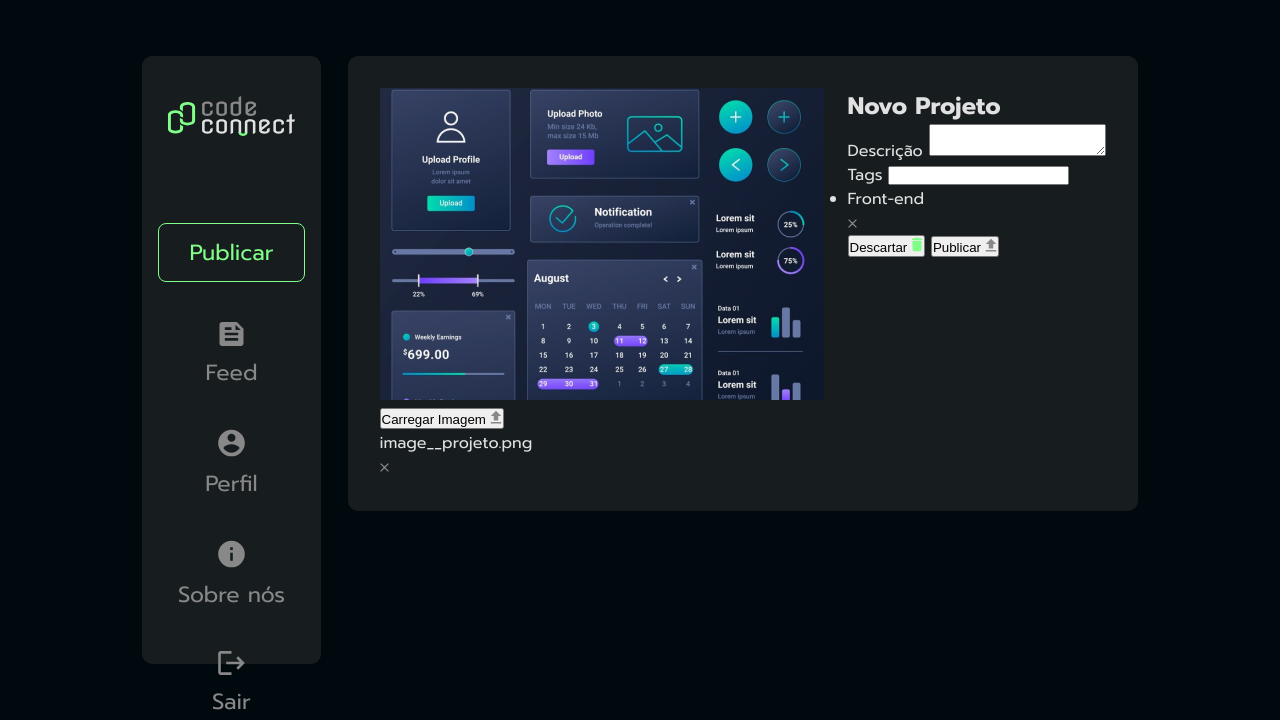
Repository: joaoPraiaJunior/async_await
Page: index.html
The author's editor kept a copy of each file at every save. The page is drawn from the files as they stood at one save, then again after the next save.
The browser window is 1280 px wide. The pictures show the whole page.

Above is the page before, as saved 2024-08-24 19:14:48.

### index.html
<!DOCTYPE html>
<html lang="pt-BR" dir="ltr">

<head>
    <meta charset="UTF-8">
    <meta name="viewport" content="width=device-width, initial-scale=1.0">
    <meta name="description" content="Projeto Async Await">
    <link rel="preconnect" href="https://fonts.googleapis.com">
    <link rel="preconnect" href="https://fonts.gstatic.com" crossorigin>
    <link href="https://fonts.googleapis.com/css2?family=Prompt:ital,wght@0,100;0,200;0,300;0,400;0,500;0,600;0,700;0,800;0,900;1,100;1,200;1,300;1,400;1,500;1,600;1,700;1,800;1,900&display=swap" rel="stylesheet">
    <link rel="stylesheet" href="./css/styles.css">
    <title>CodeConnect</title>
</head>

<body>

    <aside class="l-lateral">
        <figure><img src="./img/Logo.svg" alt="Logo do codeconnect"></figure>
        <nav class="c-menu">
            <ul class="c-menu__lista">
                <li class="c-menu__item"><a href="#" class="c-menu__link">Publicar</a></li>
                <li class="c-menu__item"><a href="#" class="c-menu__link"><img src="./img/feed.svg" aria-hidden="true" alt>Feed</a></li>
                <li class="c-menu__item"><a href="#" class="c-menu__link"><img src="./img/account_circle.svg" aria-hidden="true" alt>Perfil</a></li>
                <li class="c-menu__item"><a href="#" class="c-menu__link"><img src="./img/info.svg" aria-hidden="true" alt>Sobre nós</a></li>
                <li class="c-menu__item"><a href="#" class="c-menu__link"><img src="./img/logout.svg" aria-hidden="true" alt>Sair</a></li>
            </ul>
        </nav>
    </aside>

    <main class="l-principal">
        <div class="c-upload-imagem">
            <div class="c-upload-imagem__container">
                <figure class="c-upload-imagem__publicacao">
                    <img src="./img/imagem1.png" alt>
                </figure>
            </div>
            <button class="c-upload-imagem__botao" aria-label="carregar imagem">Carregar Imagem <img src="./img/upload.svg" aria-hidden="true" alt></button>
            <div class="c-upload-imagem__descricao">
                <p>image__projeto.png</p>
                <img src="./img/close.svg" aria-hidden="true" alt>
            </div>
        </div>

        <div class="c-formulario">
            <h2 class="c-formulario__titulo">Novo Projeto</h2>
            <form class="c-formulario__acoes">
                <div class="c-formulario__grupo">
                    <label for="Descricao">Descrição</label>
                    <textarea name="descricao" id="descricao">
                    </textarea>
                </div>

                <div class="c-formulario__grupo">
                    <label for="Tags">Tags</label>
                    <input type="text" name="tags" id="tags">
                </div>

                <ul class="c-formulario__lista-tags">
                    <li>
                        <p>Front-end</p>
                        <img src="./img/close.svg" alt>
                    </li>
                </ul>

                <div class="c-formulario__grupo">
                    <button class="c-formulario__botao">Descartar <img src="./img/trash.svg" aria-hidden="true" alt></button>
                    <button class="c-formulario__botao">Publicar <img src="./img/upload.svg" aria-hidden="true" alt></button>
                </div>
            </form>
        </div>
    </main>

    <script src="./js/scripts.js"></script>
</body>

</html>

### css/styles.css
:root {
  /* Cores */
  --background-color: #00090e;
  --cor-do-texto: #e1e1e1;
  --cor-primaria: #81fe88;
  --cor-secundaria: #888888;
  --cor-da-tag: #171d1f;
  --componentes-do-background: #171d1f;

  /* Fontes */
  --fonte-padrao: "Prompt", sans-serif;
}

* {
  margin: 0;
  padding: 0;
  box-sizing: border-box;
}

html {
  font-size: 62.5%;
}

body {
  display: flex;
  justify-content: center;
  align-items: start;
  gap: 2.7rem;
  font-family: var(--fonte-padrao);
  font-size: 1.6rem;
  background-color: var(--background-color);
  color: var(--cor-do-texto);
  padding: 5.6rem 0;
  height: 100vh;
}

.l-lateral {
  text-align: center;
  background-color: var(--componentes-do-background);
  border-radius: 1.0rem;
  padding: 4.0rem 1.6rem;
  height: 100%;
}

.c-menu__lista {
    display: flex;
    flex-direction: column;
    align-items: center;
    gap: 4.0rem;
    margin-top: 8.0rem;
    list-style-type: none;
}

.c-menu__link {
    display: flex;
    flex-direction: column;
    align-items: center;
    gap: 1.0rem;
    font-size: 2.2rem;
    text-decoration: none;
    color: var(--cor-secundaria);
}

.c-menu__lista li:first-of-type a {
    color: var(--cor-primaria);
    border: .1rem solid var(--cor-primaria);
    border-radius: .8rem;
    padding: 1.2rem 3.0rem;
}


.l-principal {
    display: flex;
    gap: 2.4rem;
    background-color: var(--componentes-do-background);
    border-radius: 1.0rem;
    padding: 3.2rem;
}

Loaded but not shown: js/scripts.js (no copy from this time; the picture is the same without it)

After the next save:
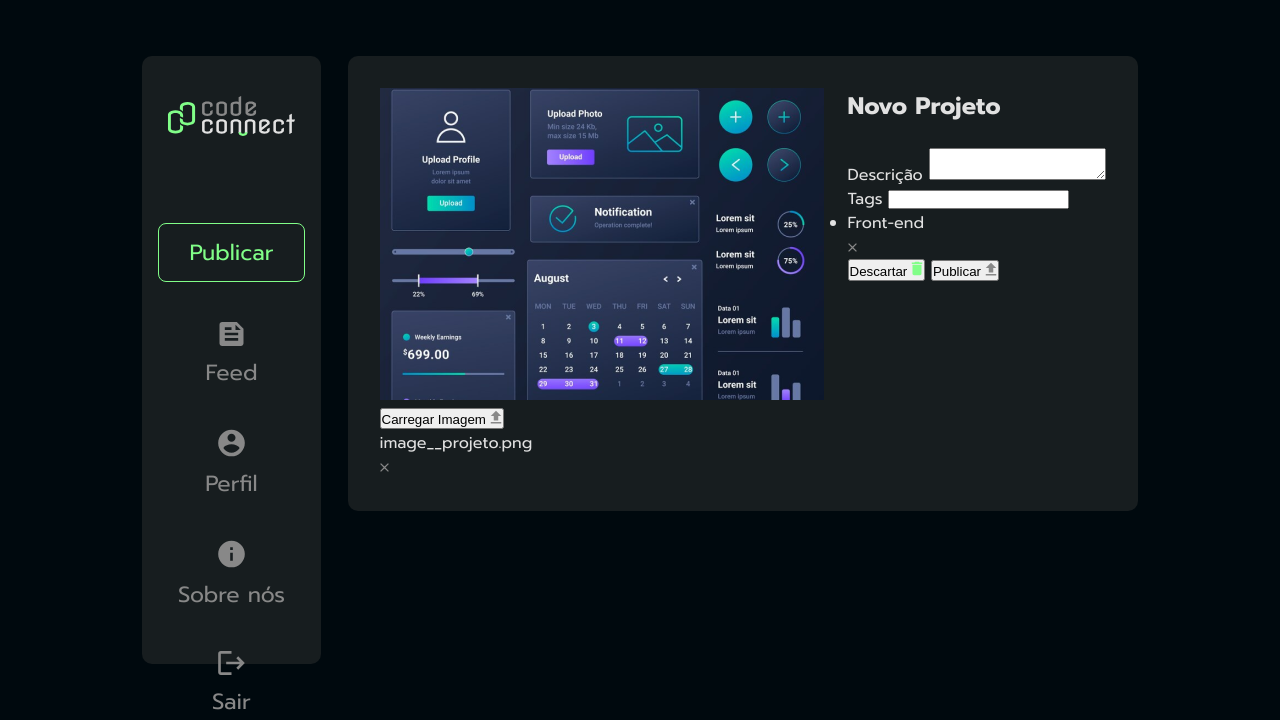
Saved 53 s later.
--- a/css/styles.css
+++ b/css/styles.css
@@ -76,3 +76,9 @@ body {
     border-radius: 1.0rem;
     padding: 3.2rem;
 }
+
+.c-formulario {
+    display: flex;
+    flex-direction: column;
+    gap: 2.4rem;
+}
